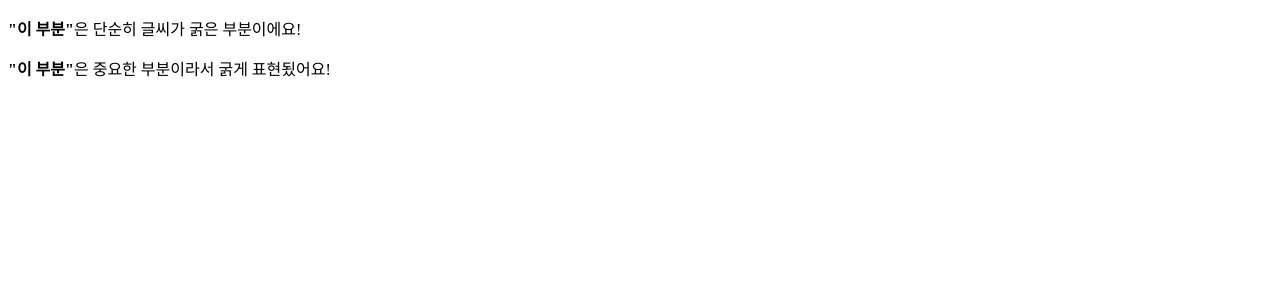
Repository: JaeHyun-Ban/study_html
Page: TCP_HTML/WebContent/ex02_07.html
These files come from the project's save history. The page is drawn as it stood at one moment and after the next save; the edit follows.
The browser window is 1280 px wide. The pictures show the whole page.

Above is the page before, as saved 2020-08-27 02:00:49.

### TCP_HTML/WebContent/ex02_07.html
<!DOCTYPE html>
<html>
<head>
<meta charset="UTF-8">
<title>강조 효과</title>
</head>
<body>
	<p><b>"이 부분"</b>은 단순히 글씨가 굵은 부분이에요!</p>
	<p><strong>"이 부분"</strong>은 중요한 부분이라서 굵게 표현됬어요!</p>
</body>
</html>

After the next save:
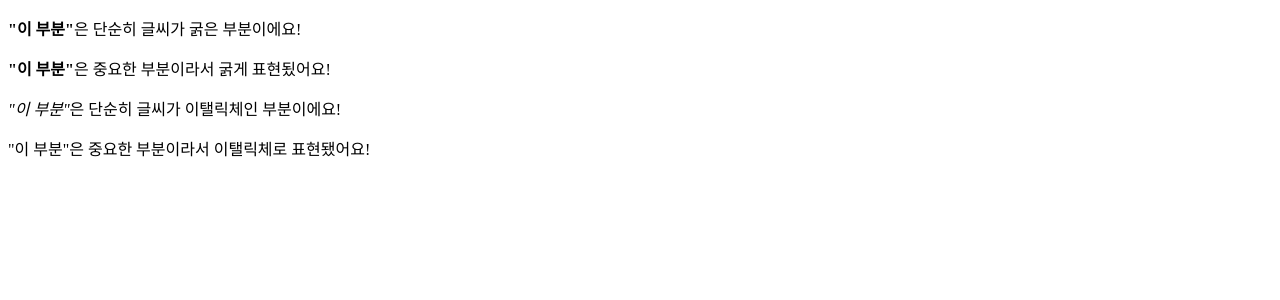
Saved 2 h 33 min later.
--- a/TCP_HTML/WebContent/ex02_07.html
+++ b/TCP_HTML/WebContent/ex02_07.html
@@ -7,5 +7,9 @@
 <body>
 	<p><b>"이 부분"</b>은 단순히 글씨가 굵은 부분이에요!</p>
 	<p><strong>"이 부분"</strong>은 중요한 부분이라서 굵게 표현됬어요!</p>
+
+	<p><i>"이 부분"</i>은 단순히 글씨가 이탤릭체인 부분이에요!</p>
+	<p><pem>"이 부분"</pem>은 중요한 부분이라서 이탤릭체로 표현됐어요!</p>
+
 </body>
 </html>
